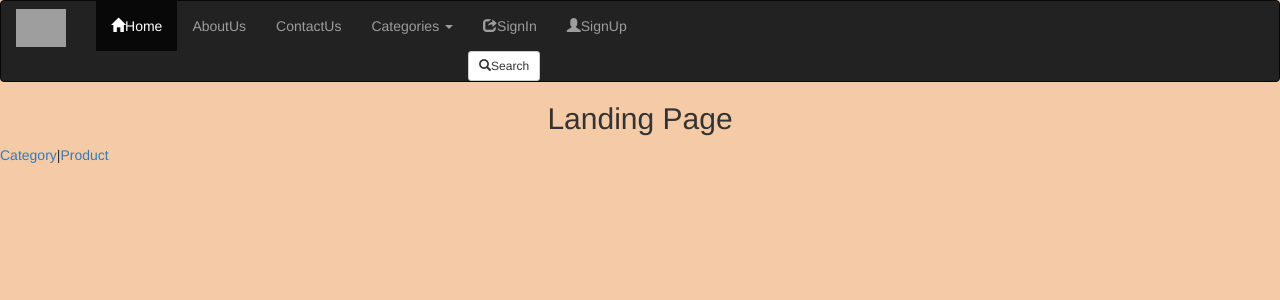
Repository: ananthi024/Java-Programs
Page: http://localhost/ClassyMissyFrontend/
The author's editor kept a copy of each file at every save. The page is drawn from the files as they stood at one save, then again after the next save.
The browser window is 1280 px wide. The pictures show the whole page.
Pictures or frames that could not be fetched are drawn as grey boxes. Some web libraries are served in a nearby version. The page is served by Tomcat 9. Nobody is signed in. The application's start-up code is not run. Other server files are loaded and not shown.

Above is the page before, as saved 2017-06-26 05:53:57.
Console error (its wording comes from the project's code and is left out).

### MyProject-29.06.2017/ClassyMissyFrontend/src/main/webapp/index.jsp
<%@ page language="java" contentType="text/html"%>
<%@include file="WEB-INF/views/Header.jsp" %>
<h2 align="center">Landing Page</h2>
<a href="Category">Category</a>|<a href="Product">Product</a>
</body>
</html>

### MyProject-29.06.2017/ClassyMissyFrontend/src/main/webapp/WEB-INF/views/Header.jsp
<%@ page language="java" contentType="text/html"%>

<html>
<head>
<title>Navbar Example</title>
<meta name="viewport" content="width=device-width,initial-scale=1">
<link rel="stylesheet" href="https://maxcdn.bootstrapcdn.com/bootstrap/3.3.7/css/bootstrap.min.css">
<script src="https://maxcdn.bootstrapcdn.com/bootstrap/3.3.7/js/bootstrap.min.js"></script>
<script src="https://ajax.googleapis.com/ajax/libs/jquery/3.1.1/jquery.min.js"></script>
</head>
<body style="background-color:#f5cba7">
<form action="gh">
<!-- Starting The Navbar Code -->
<nav class="navbar navbar-inverse">
<div class="container-fluid">

<div class="navbar-header">
<a class="navbar-brand" rel="home" href="#" title="The Exprssion of Pearl">
                <img style="max-width:50px; margin-top: -7px;"
                     src="E:\New folder\cma2.jpg">
            </a>
<a class="navbar-brand" href="Home.jsp"></a>
</div>


<ul class="nav navbar-nav">
<li class="active"><a href="Home.jsp"><span class="glyphicon glyphicon-home"></span>Home</a></li>
<li><a href="AboutUs">AboutUs</a></li>
<li><a href="ContactUs.jsp">ContactUs</a></li>
 <li class="dropdown"><a href="#" class="dropdown-toggle"
 data-toggle="dropdown" role="button" aria-haspopup="true"
 aria-expanded="false">Categories <span class="caret"></span></a>
          <ul class="dropdown-menu">
            <li><a href="#">Page 1</a></li>
            <li><a href="#">Page 2</a></li>
            <li><a href="#">Page 3</a></li>
          </ul></li>
<div class="nav navbar-nav navbar-right">
<li><a href="SignIn.jsp"><span class="glyphicon glyphicon-share"></span>SignIn </a></li>
<li><a href="Register.jsp"><span class="glyphicon glyphicon-user"></span>SignUp </a></li>

<!-- Search Button -->
 <p>
        <li><button type="button" class="btn btn-default btn-sm">
          <span class="glyphicon glyphicon-search"></span>Search
        </button></li>
      </p>
</div>
</ul>
</div>
</nav>
</form>
</body>
</html>

After the next save:
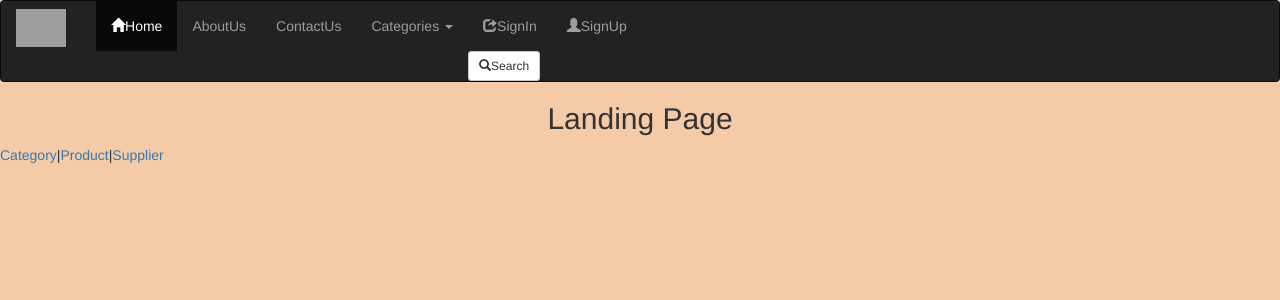
Saved 43 s later.
--- a/MyProject-29.06.2017/ClassyMissyFrontend/src/main/webapp/index.jsp
+++ b/MyProject-29.06.2017/ClassyMissyFrontend/src/main/webapp/index.jsp
@@ -1,6 +1,6 @@
 <%@ page language="java" contentType="text/html"%>
 <%@include file="WEB-INF/views/Header.jsp" %>
 <h2 align="center">Landing Page</h2>
-<a href="Category">Category</a>|<a href="Product">Product</a>
+<a href="Category">Category</a>|<a href="Product">Product</a>|<a href="Supplier">Supplier</a>
 </body>
 </html>
